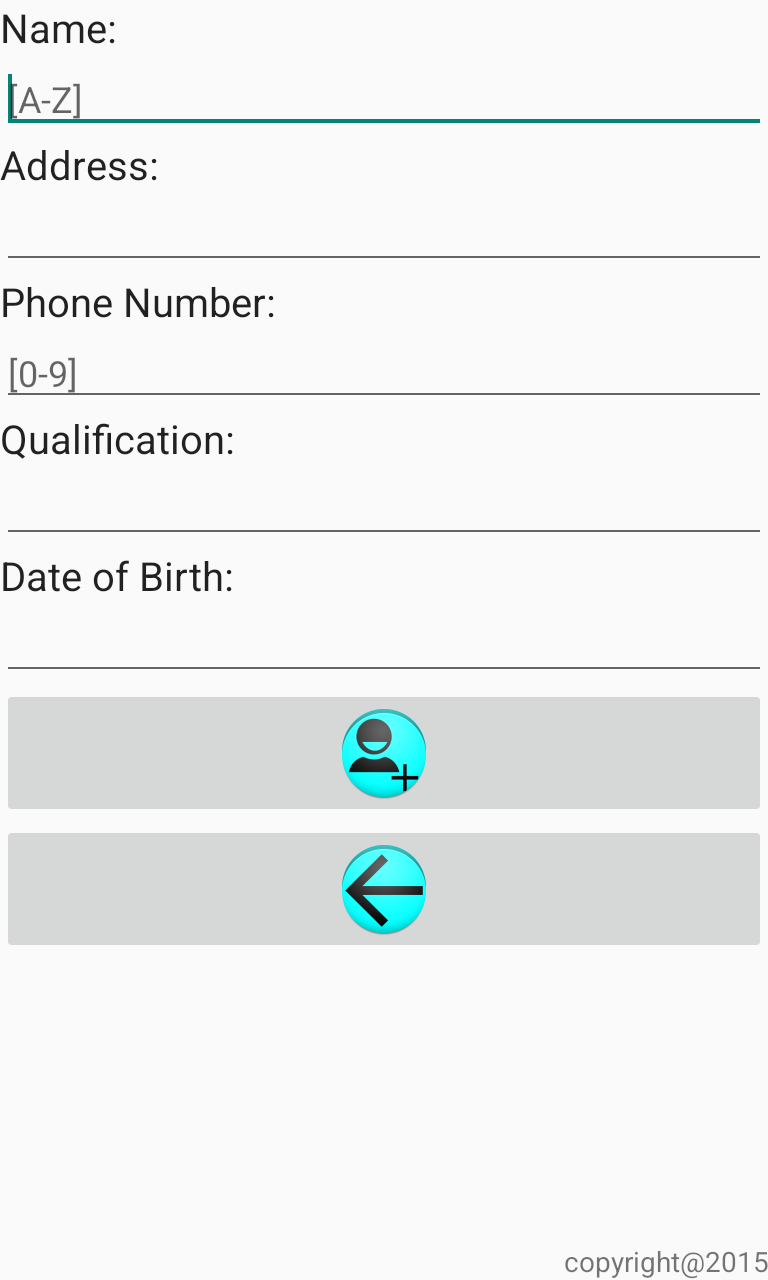
Repository: RibuRoyson/exercise
Layout: Excercise3/res/layout/activity_main.xml
These files come from the project's save history. The layout is drawn as it stood at one moment and after the next save; the edit follows.
It is drawn on a 768 x 1280 px phone screen (xhdpi) without system bars, with theme AppTheme; the app's code is not run.

Above is the layout before, as saved 2015-02-10 07:14:24.

After the next save:
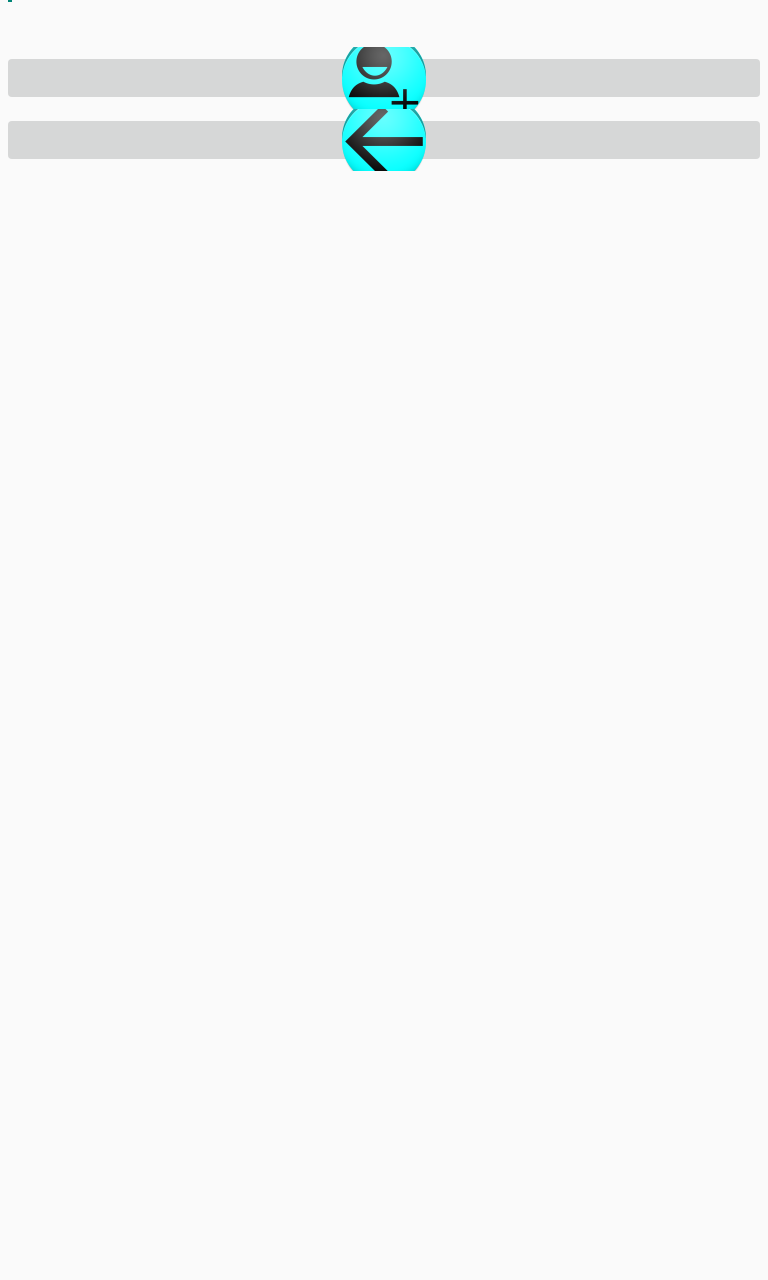
Saved 5 min 51 s later.
--- a/Excercise3/res/layout/activity_main.xml
+++ b/Excercise3/res/layout/activity_main.xml
@@ -3,6 +3,7 @@
     android:layout_width="fill_parent"
     android:layout_height="fill_parent"
     android:orientation="vertical"
+    android:weightSum="13.0"
     >
 
     <TextView
@@ -11,7 +12,8 @@
         android:layout_height="wrap_content"
         android:text="Name:"
         android:textSize="40px"
-        android:textAppearance="?android:attr/textAppearanceLarge" />
+        android:textAppearance="?android:attr/textAppearanceLarge"
+        android:layout_weight="1.0"/>
 
     <EditText
         android:id="@+id/editText1"
@@ -20,6 +22,7 @@
         android:ems="10"
         android:hint="[A-Z]"
         android:maxLength="20"
+        android:layout_weight="1.0"
         >
 
         <requestFocus />
@@ -31,14 +34,15 @@
         android:layout_height="wrap_content"
         android:text="Address:"
         android:textSize="40px"
-        android:textAppearance="?android:attr/textAppearanceLarge" />
+        android:textAppearance="?android:attr/textAppearanceLarge"
+        android:layout_weight="1.0" />
 
     <EditText
         android:id="@+id/editText2"
         android:layout_width="match_parent"
         android:layout_height="wrap_content"
         android:ems="10"
-
+       android:layout_weight="1.0"
         android:inputType="textPostalAddress" />
 
     <TextView
@@ -47,7 +51,8 @@
         android:layout_height="wrap_content"
         android:text="Phone Number:"
         android:textSize="40px"
-        android:textAppearance="?android:attr/textAppearanceLarge" />
+        android:textAppearance="?android:attr/textAppearanceLarge"
+        android:layout_weight="1.0" />
 
     <EditText
         android:id="@+id/editText3"
@@ -55,7 +60,8 @@
         android:layout_height="wrap_content"
         android:ems="10"
         android:hint="[0-9]"
-        android:inputType="phone" />
+        android:inputType="phone"
+        android:layout_weight="1.0"/>
 
     <TextView
         android:id="@+id/textView4"
@@ -63,13 +69,15 @@
         android:layout_height="wrap_content"
         android:text="Qualification:"
         android:textSize="40px"
-        android:textAppearance="?android:attr/textAppearanceLarge" />
+        android:textAppearance="?android:attr/textAppearanceLarge"
+        android:layout_weight="1.0" />
 
     <EditText
         android:id="@+id/editText4"
         android:layout_width="match_parent"
         android:layout_height="wrap_content"
-        android:ems="10" />
+        android:ems="10"
+        android:layout_weight="1.0" />
 
     <TextView
         android:id="@+id/textView5"
@@ -77,26 +85,30 @@
         android:layout_height="wrap_content"
         android:text="Date of Birth:"
         android:textSize="40px"
-        android:textAppearance="?android:attr/textAppearanceLarge" />
+        android:textAppearance="?android:attr/textAppearanceLarge"
+        android:layout_weight="1.0" />
 
     <EditText
         android:id="@+id/editText5"
         android:layout_width="match_parent"
         android:layout_height="wrap_content"
         android:ems="10"
-        android:inputType="date" />
+        android:inputType="date"
+        android:layout_weight="1.0" />
 
     <ImageButton
         android:id="@+id/imageButton1"
         android:layout_width="match_parent"
         android:layout_height="wrap_content"
-        android:src="@drawable/save" />
+        android:src="@drawable/save"
+        android:layout_weight="1.0" />
 
     <ImageButton
         android:id="@+id/imageButton2"
         android:layout_width="match_parent"
         android:layout_height="wrap_content"
-        android:src="@drawable/exit1" />
+        android:src="@drawable/exit1"
+        android:layout_weight="1.0" />
 
     <TextView
         android:id="@+id/textView6"
@@ -104,6 +116,7 @@
         android:layout_height="match_parent"
         android:text="copyright@2015"
         android:gravity="bottom|right"
-        android:textAppearance="?android:attr/textAppearanceSmall" />
+        android:textAppearance="?android:attr/textAppearanceSmall"
+        android:layout_weight="1.0" />
 
 </LinearLayout>

After the save that followed:
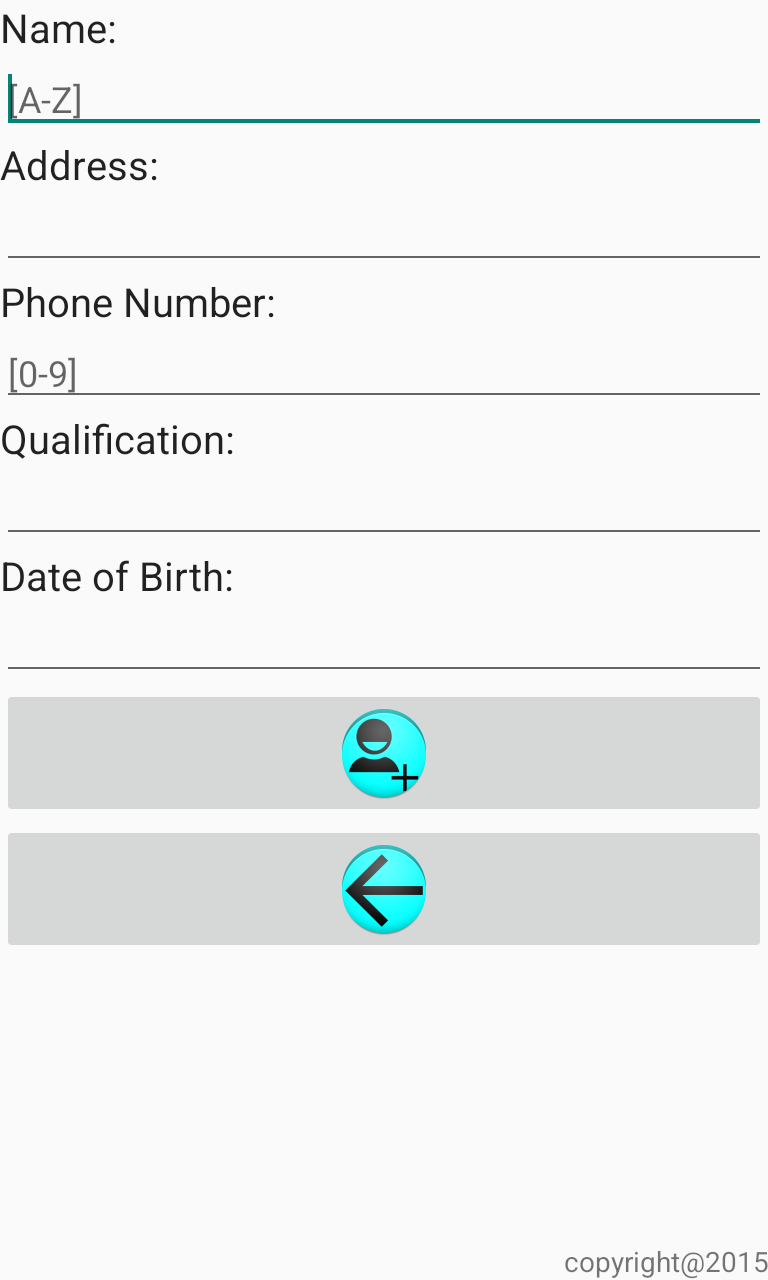
Saved 99 s later.
--- a/Excercise3/res/layout/activity_main.xml
+++ b/Excercise3/res/layout/activity_main.xml
@@ -3,7 +3,6 @@
     android:layout_width="fill_parent"
     android:layout_height="fill_parent"
     android:orientation="vertical"
-    android:weightSum="13.0"
     >
 
     <TextView
@@ -12,8 +11,7 @@
         android:layout_height="wrap_content"
         android:text="Name:"
         android:textSize="40px"
-        android:textAppearance="?android:attr/textAppearanceLarge"
-        android:layout_weight="1.0"/>
+        android:textAppearance="?android:attr/textAppearanceLarge" />
 
     <EditText
         android:id="@+id/editText1"
@@ -22,7 +20,6 @@
         android:ems="10"
         android:hint="[A-Z]"
         android:maxLength="20"
-        android:layout_weight="1.0"
         >
 
         <requestFocus />
@@ -34,15 +31,14 @@
         android:layout_height="wrap_content"
         android:text="Address:"
         android:textSize="40px"
-        android:textAppearance="?android:attr/textAppearanceLarge"
-        android:layout_weight="1.0" />
+        android:textAppearance="?android:attr/textAppearanceLarge" />
 
     <EditText
         android:id="@+id/editText2"
         android:layout_width="match_parent"
         android:layout_height="wrap_content"
         android:ems="10"
-       android:layout_weight="1.0"
+
         android:inputType="textPostalAddress" />
 
     <TextView
@@ -51,8 +47,7 @@
         android:layout_height="wrap_content"
         android:text="Phone Number:"
         android:textSize="40px"
-        android:textAppearance="?android:attr/textAppearanceLarge"
-        android:layout_weight="1.0" />
+        android:textAppearance="?android:attr/textAppearanceLarge" />
 
     <EditText
         android:id="@+id/editText3"
@@ -60,8 +55,7 @@
         android:layout_height="wrap_content"
         android:ems="10"
         android:hint="[0-9]"
-        android:inputType="phone"
-        android:layout_weight="1.0"/>
+        android:inputType="phone" />
 
     <TextView
         android:id="@+id/textView4"
@@ -69,15 +63,13 @@
         android:layout_height="wrap_content"
         android:text="Qualification:"
         android:textSize="40px"
-        android:textAppearance="?android:attr/textAppearanceLarge"
-        android:layout_weight="1.0" />
+        android:textAppearance="?android:attr/textAppearanceLarge" />
 
     <EditText
         android:id="@+id/editText4"
         android:layout_width="match_parent"
         android:layout_height="wrap_content"
-        android:ems="10"
-        android:layout_weight="1.0" />
+        android:ems="10" />
 
     <TextView
         android:id="@+id/textView5"
@@ -85,30 +77,26 @@
         android:layout_height="wrap_content"
         android:text="Date of Birth:"
         android:textSize="40px"
-        android:textAppearance="?android:attr/textAppearanceLarge"
-        android:layout_weight="1.0" />
+        android:textAppearance="?android:attr/textAppearanceLarge" />
 
     <EditText
         android:id="@+id/editText5"
         android:layout_width="match_parent"
         android:layout_height="wrap_content"
         android:ems="10"
-        android:inputType="date"
-        android:layout_weight="1.0" />
+        android:inputType="date" />
 
     <ImageButton
         android:id="@+id/imageButton1"
         android:layout_width="match_parent"
         android:layout_height="wrap_content"
-        android:src="@drawable/save"
-        android:layout_weight="1.0" />
+        android:src="@drawable/save" />
 
     <ImageButton
         android:id="@+id/imageButton2"
         android:layout_width="match_parent"
         android:layout_height="wrap_content"
-        android:src="@drawable/exit1"
-        android:layout_weight="1.0" />
+        android:src="@drawable/exit1" />
 
     <TextView
         android:id="@+id/textView6"
@@ -116,7 +104,6 @@
         android:layout_height="match_parent"
         android:text="copyright@2015"
         android:gravity="bottom|right"
-        android:textAppearance="?android:attr/textAppearanceSmall"
-        android:layout_weight="1.0" />
+        android:textAppearance="?android:attr/textAppearanceSmall" />
 
 </LinearLayout>
